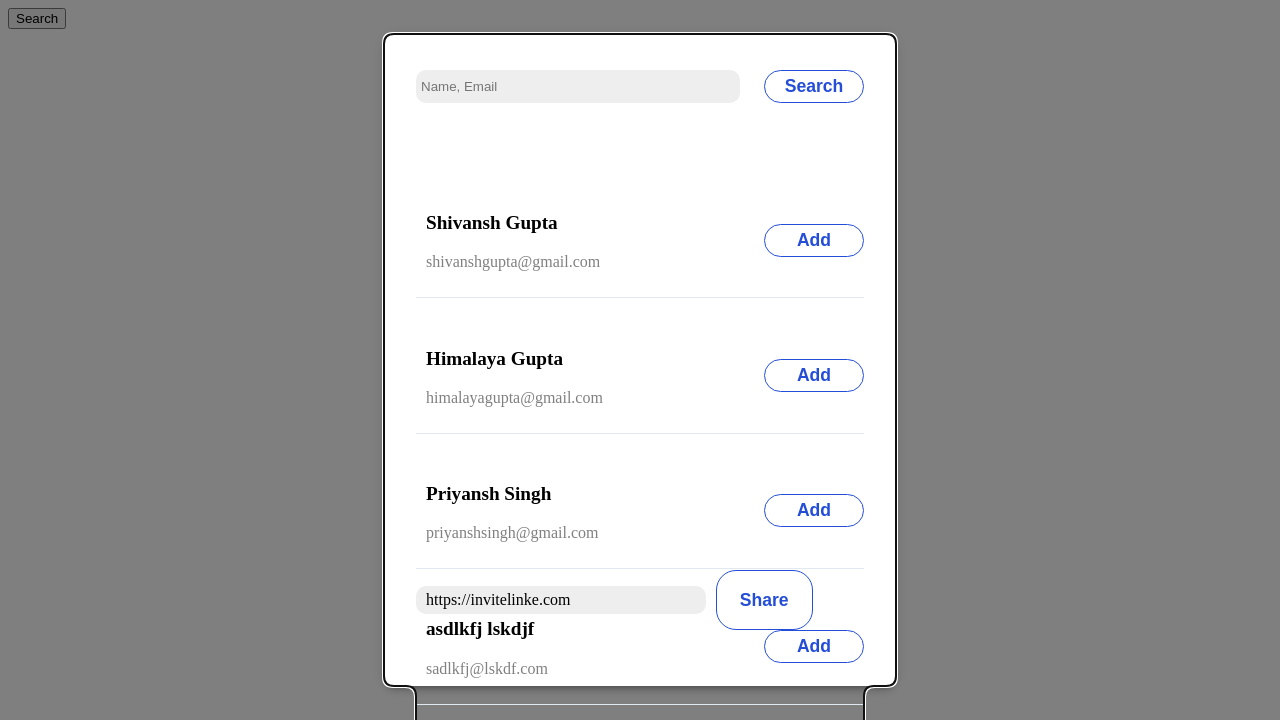
Repository: shiv0403/event-planner
Page: /, after clicking the first element matching `button`
The author's editor kept a copy of each file at every save. The page is drawn from the files as they stood at one save, then again after the next save.
The browser window is 1280 px wide. The pictures show the whole page.
The project was rebuilt for these pictures with package versions that can differ from the ones it lists, and the page was loaded fresh each time.

Above is the page before, as saved 2021-07-27 12:30:34.

After the next save:
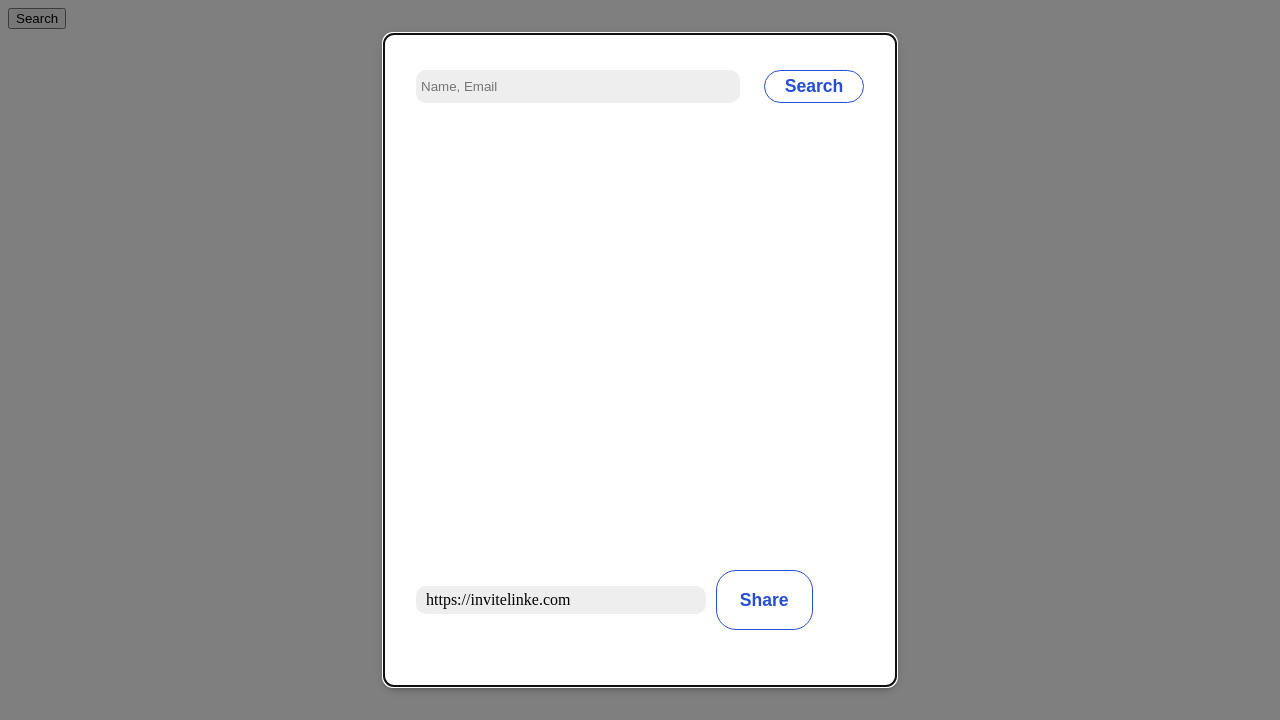
Saved 14 s later.
--- a/src/Components/SearchModal/SearchModal.css
+++ b/src/Components/SearchModal/SearchModal.css
@@ -28,9 +28,7 @@
 }
 
 .search__body {
-  overflow-x: hidden;
-  overflow-y: hidden;
-  text-align: justify;
+  display: none;
 }
 
 .search__footer {
